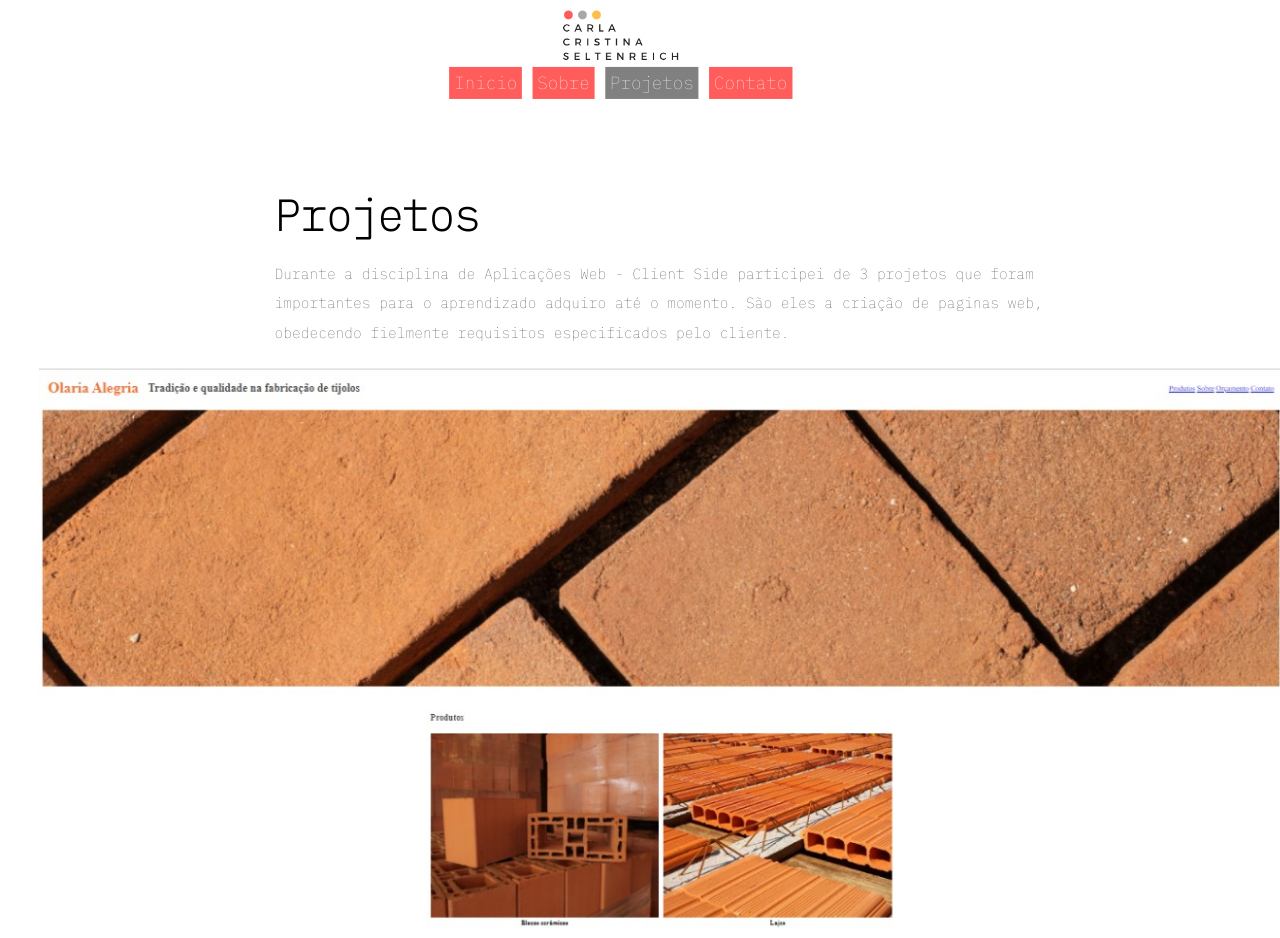
Repository: carla-seltenreich/portfolio
Page: project.html
These files come from the project's save history. The page is drawn as it stood at one moment and after the next save; the edit follows.
The browser window is 1280 px wide. The page is 1320 px wide, so the pictures cover 1320 px, including what lies to the right of the window. The pictures show the whole page, at 97% of full size.

Above is the page before, as saved 2022-05-26 05:47:10.

### project.html
<!DOCTYPE html>
<html lang="en">

<head>
    <meta charset="UTF-8">
    <meta http-equiv="X-UA-Compatible" content="IE=edge">
    <meta name="viewport" content="width=device-width, initial-scale=1.0">
    <title>Carla Cristina Seltenreich</title>
    <link rel="preconnect" href="https://fonts.googleapis.com">
    <link rel="preconnect" href="https://fonts.gstatic.com" crossorigin>
    <link rel="stylesheet" href="style.css">

    <link href="preconnect" href="https://fonts.googleapis.com">
    <link rel="preconnect" href="https://fonts.gstatic.com" crossorigin>
    <link href="https://fonts.googleapis.com/css2?family=IBM+Plex+Mono:wght@100&family=Questrial&display=swap"
        rel="stylesheet">
</head>

<body>
    <header class="header">
        <div class="container header-container">
            <a href="index.html"><img src="Carla cristina sELTENREICH.jpg" alt="logo" class="brand"></a>
            <ul class="nav">
                <li>
                    <a href="index.html">Inicio</a>
                </li>
                <li>
                    <a href="about.html">Sobre</a>
                </li>
                <li>
                    <a href="project.html" class="active">Projetos</a>
                </li>
                <li>
                    <a href="contact.html">Contato</a>
                </li>
            </ul>
        </div>
    </header>
    <div class="project">
        <h2 class="title-project">Projetos</h2>
        <h4 class="text-project">
            Durante a disciplina de Aplicações Web - Client Side participei de 3 projetos
            que foram importantes para o aprendizado adquiro até o momento.
            São eles a criação de paginas web, obedecendo fielmente requisitos especificados
            pelo cliente.
        </h4>
    </div>
    <div class="project-one">
        <img src="olaria.jpeg" alt="olaria" class="photo-project">
    </div>
</body>

</html>

### style.css
body {
    font-family: 'IBM Plex Mono';
    font-size: 18px;
    padding-top: 120px;
    margin: 0;
}

.container {
    max-width: 1120px;
    margin: 0 auto;
}

.header {
    background: #fff;
    position: absolute;
    width: 100%;
    text-align: center;
    top: 0;
    z-index: 1;
    padding: 10px 0;
    box-sizing: border-box;
    align-items: center;
}

.brand {
    max-width: 120px;
}

.nav {
    margin: 0;
    padding: 0;
    list-style: none;
}

.nav li {
    background-color: #ff5c5c;
    display: inline-block;
}

.nav a {
    color: #fff;
    display: block;
    padding: 5px;
    text-decoration: none;
}

.nav a:hover {
    color: gray;

}

.nav a.active {
    color: #fff;
    background: gray;
}

.name {
    padding: 7px;
}

.name-title {
    text-align: center;
    font-size: 30px;
}


.photo-banner {
    background-color: #ff5c5c;
    width: 500px;
    display: block;
    max-width: 100%;
    margin: 0 auto;
    border-radius: 8px;
}

.lastest-projects-home {
    background-color: #ff5c5c;
    color: #fff;
    padding: 50px;
    position: center;
}

.logo-project {
    width: 30px;
    height: 30px;
}

.text-about-home {
    margin: 90px;
    top: 808px;
    font-style: normal;
    font-weight: 400;
    font-size: 15px;
    line-height: 30px;
    /* or 200% */

    display: flex;
    align-items: center;
}
.project {
    padding: 90px;
    color: black;
}
.title-project {
    position: absolute;
    width: 800px;
    height: 57px;
    left: 283px;
    top: 156px;

    font-style: normal;
    font-weight: 600;
    font-size: 44px;
    line-height: 57px;
    display: flex;
    align-items: center;
}

.text-project {
    position: absolute;
    width: 800px;
    height: 120px;
    left: 283px;
    top: 233px;


    font-style: normal;
    font-weight: 400;
    font-size: 15px;
    line-height: 30px;
    /* or 200% */

    display: flex;
    align-items: center;

    color: #363636;
}

.text-project-one {
    position: absolute;
    width: 800px;
    height: 120px;
    left: 283px;
    top: 1070px;
    font-style: normal;
    font-weight: 400;
    font-size: 15px;
    line-height: 30px;
    /* or 200% */

    display: flex;
    align-items: center;

    color: black;
}

.text-project-two {
    position: absolute;
    width: 800px;
    height: 120px;
    left: 283px;
    top: 1861px;
    font-style: normal;
    font-weight: 400;
    font-size: 15px;
    line-height: 30px;
    /* or 200% */

    display: flex;
    align-items: center;
    color: black;
}

.text-project-three {
    position: absolute;
    width: 800px;
    height: 120px;
    left: 239px;
    top: 2652px;

    font-family: 'IBM Plex Mono';
    font-style: normal;
    font-weight: 400;
    font-size: 15px;
    line-height: 30px;
    /* or 200% */

    display: flex;
    align-items: center;

    color: black;
}

.project-one {
    position: absolute;
    width: 550px;
    height: 500px;
    left: 40px;
    top: 380px;
    border-radius: 8px;

}

.project-two {
    position: absolute;
    width: 800px;
    height: 120px;
    left: 283px;
    top: 1070px;

    font-style: normal;
    font-weight: 400;
    font-size: 15px;
    line-height: 30px;
    /* or 200% */

    display: flex;
    align-items: center;

    color: #363636;
}

.project-three {
    Width: 800px;
Height: 120px;
Top: 2652px;
Left: 239px;
}

.about-me-text {
    line-height: 30px;
    padding: 5px 70px;
}

.work {
    line-height: 30px;
    padding: 30px 80px;
}

.footer {
    color: #fff;
    background: grey;
    padding: 30px 0;
    text-align: center;
}

.footer-container {
    display: block;
    justify-content: center;
}

.footer-contact a {
    display: block;
    color: #fff;
    text-decoration: none;
}

.footer-social-medias {}

.social-medias li {
    display: inline-block;
}

.social-meidas a {
    display: block;
    font-size: 25px;
    padding: 20px 10px;

}

.logo-socialmedia {
    width: 20px;
    padding: 10px;
}

.footer-contact address {
    margin-bottom: 20px;
}

.copyright {
    font-size: 12px;
    margin-top: 20px;
}

.page-contact {
    margin-bottom: 20px;
}

.page-contact-info {
    padding-left: 30px;
}

.page-contact-info a,
.page-contact-info address {
    color: black;
    font-weight: 600;
    font-style: normal;
    text-decoration: none;
}

.page-contact-info h3 {
    color: #78706e;
    margin: 0 0 5px;
    font-size: 14px;
}

.page-contact-form {
    width: 50%;
}

.form-group {
    margin-bottom: 15px;
}

.form-group label {
    display: block;
    margin-bottom: 5px;
}

.form-item {
    width: 100%;
    display: block;
    padding: 0.5rem 0.75rem;
    border: 1px solid #ced4da;
    border-radius: 0.25rem;
    box-sizing: border-box;
}

.form-item:focus {
    outline: none;
    border-color: #ff5c5c;
}

.btn {
    color: #fff;
    padding: 8px 16px;
    text-decoration: none;
    border-radius: 4px;
    background: #ff5c5c;
    border: 1px solid #ff5c5c;

    @media screen and (min-width: 768px) {
        body {
            padding-top: 80px;
        }

        .header-container {
            display: flex;
            justify-content: space-between;
        }

        .nav a {
            padding: 20px 10px;
        }
    }

After the next save:
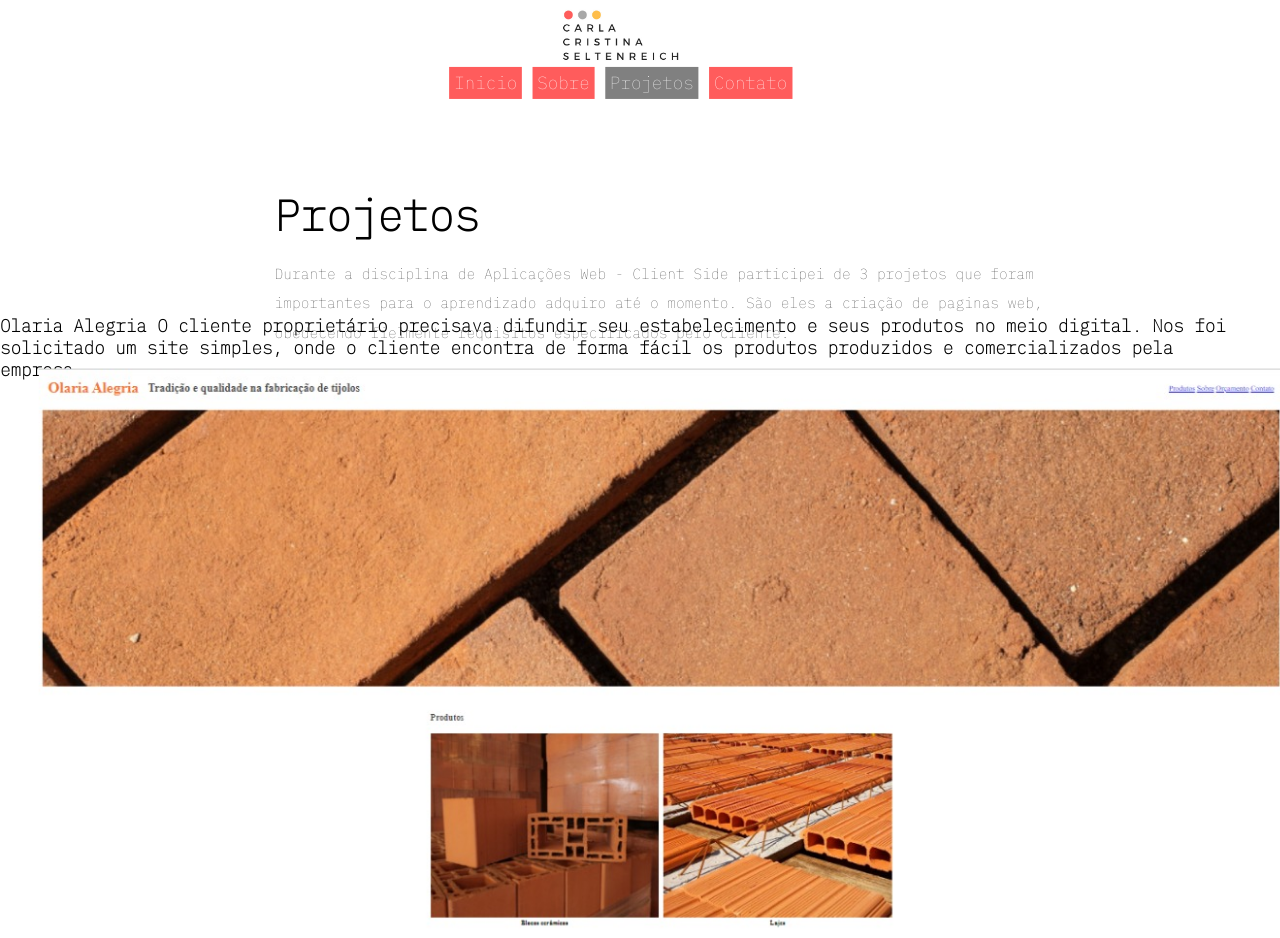
Saved 98 s later.
--- a/project.html
+++ b/project.html
@@ -48,6 +48,11 @@
     <div class="project-one">
         <img src="olaria.jpeg" alt="olaria" class="photo-project">
     </div>
+    <div class="text-one">
+        <h4>Olaria Alegria
+            O cliente proprietário precisava difundir seu estabelecimento e seus produtos no meio digital. Nos foi solicitado um site simples, onde o cliente encontra de forma fácil os produtos produzidos e comercializados pela empresa.
+        </h4>
+    </div>
 </body>
 
 </html>
